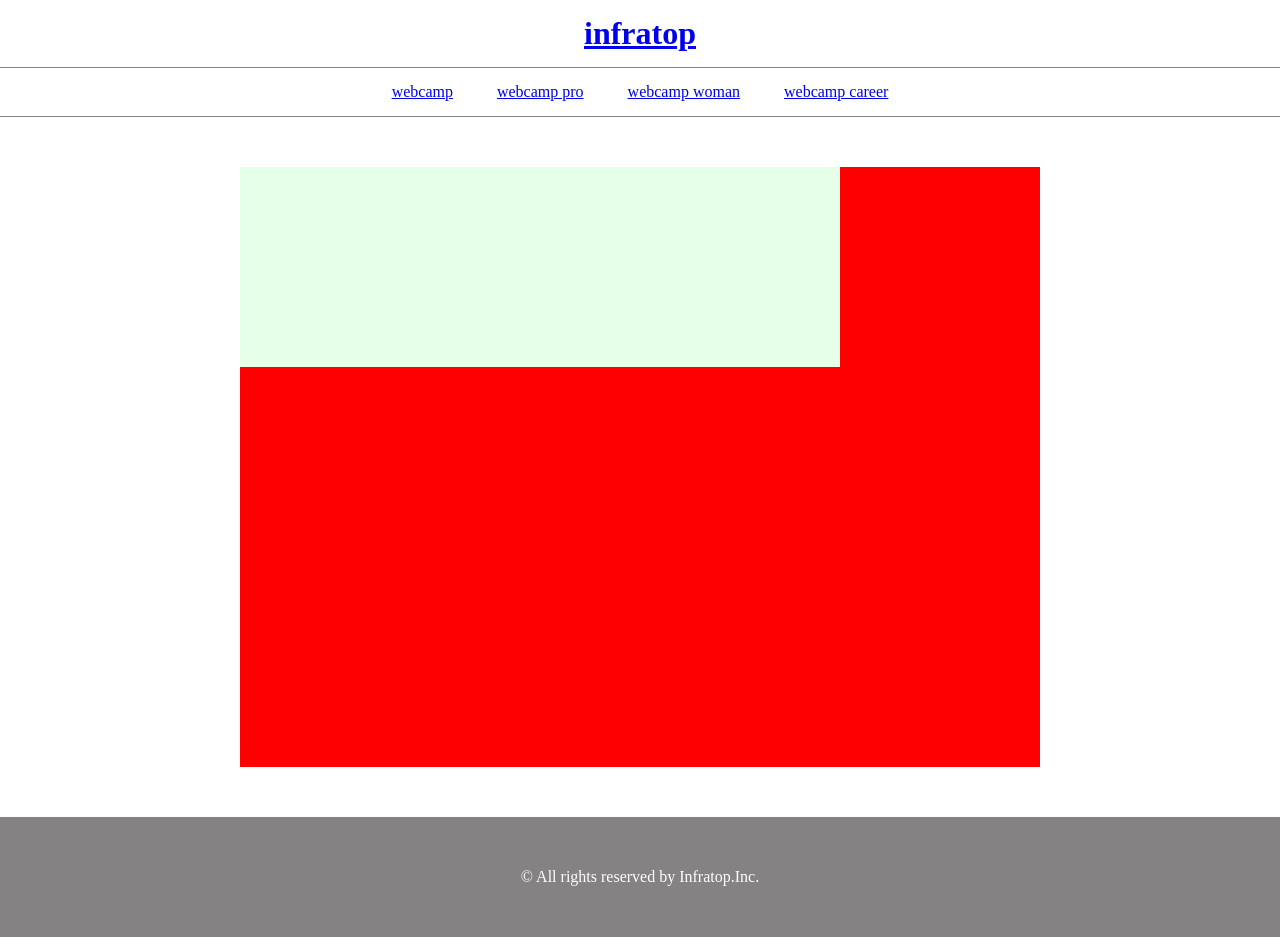
Repository: Nao002/practice
Page: html-practice5/index.html
The author's editor kept a record of every edit. The page is drawn from the files as they stood at one moment, then again after the next edit.
The browser window is 1280 px wide. The pictures show the whole page.

Above is the page before.

### html-practice5/index.html
<!DOCTYPE html>
<html lang="ja">
  <head>
    <meta charset="UTF-8" />
    <!-- CSSファイルの読み込み -->
    <link rel="stylesheet" href="style.css" />
    <title>infratop</title>
  </head>

  <body>
    <!-- header -->
    <header>
      <h1 class="heading">
        <a href="index.html">
          infratop
        </a>
      </h1>
    </header>

     <!-- navigation -->
    <nav>
      <ul class="nav-list">
        <li class="nav-list-item">
          <a href="index.html">webcamp</a>
        </li>
        <li class="nav-list-item">
          <a href="index.html">webcamp pro</a>
        </li>
        <li class="nav-list-item">
          <a href="index.html">webcamp woman</a>
        </li>
        </li>
        <li class="nav-list-item">
          <a href="index.html">webcamp career</a>
        </li>
      </ul>
    </nav>

    <!-- main-visual用のdiv -->
    <div class="main-visual">
      <div class="main-visual-content">
        <div class="main-visual-color color1"></div>
        <div class="main-visual-color color2"></div>
        <div class="main-visual-color color3"></div>
        <div class="main-visual-color color4"></div>
        <div class="main-visual-color color5"></div>
        <div class="main-visual-color color6"></div>
        <div class="main-visual-color color7"></div>
        <div class="main-visual-color color8"></div>
        <div class="main-visual-color color9"></div>
        <div class="main-visual-color color10"></div>
        <div class="main-visual-color color12"></div>
        <div class="main-visual-color color12"></div>
      </div>
    </div>

    <!-- footer -->
    <footer>
      <p class="footer-text">© All rights reserved by Infratop.Inc.</p>
    </footer>

  </body>
</html>

### html-practice5/style.css
/* ブラウザがそれぞれ持っているCSSをリセットするための記述 */
* {
  margin: 0;
  padding: 0;
  box-sizing: border-box;
}

header {
  width: 90%;
  padding: 15px 0;
  margin: 0 auto;
  text-align: center;
}

header .heading { /* headerタグ内のheadingクラスにのみ反映される */
  font-size: 32px;
}

.nav-list {
  text-align: center;
  padding: 15px 0;
  margin: 0 auto;
  border-top: 1px solid #848282;
  border-bottom: 1px solid #848282;
}

.nav-list-item {
  list-style: none;
  display: inline-block;
  margin: 0 20px;
}

.main-visual {
  width: 100%; /* 横幅いっぱい */
  height: 650px; /* 高さ300px */
}

.main-visual-content {
  width: 800px; /* 横幅350px */
  height: 300px; /* 親の高さに揃える */
  flex-wrap: wrap;
  margin: 50px auto;
  font-size: 0;
}

.main-visual-color{
  display: inline-block;
  width: 200px;
  height: 200px;
  background-color: #FF0000;
  font-size: 0;
}

.color1{
  background-color: #e6ffe9
}

.color2{
  background-color: #e6ffe9
}

.color3{
  background-color: #e6ffe9
}

.color1{
  background-color: #e6ffe9
}

.color1{
  background-color: #e6ffe9
}

.color1{
  background-color: #e6ffe9
}
.color1{
  background-color: #e6ffe9
}

.color1{
  background-color: #e6ffe9
}

.color1{
  background-color: #e6ffe9
}

.color1{
  background-color: #e6ffe9
}


footer {
  width: 100%;
  height: 120px;
  text-align: center;
  line-height: 120px;
  background-color: #848282;
}

.footer-text {
  color: #fff;
}

After the next edit:
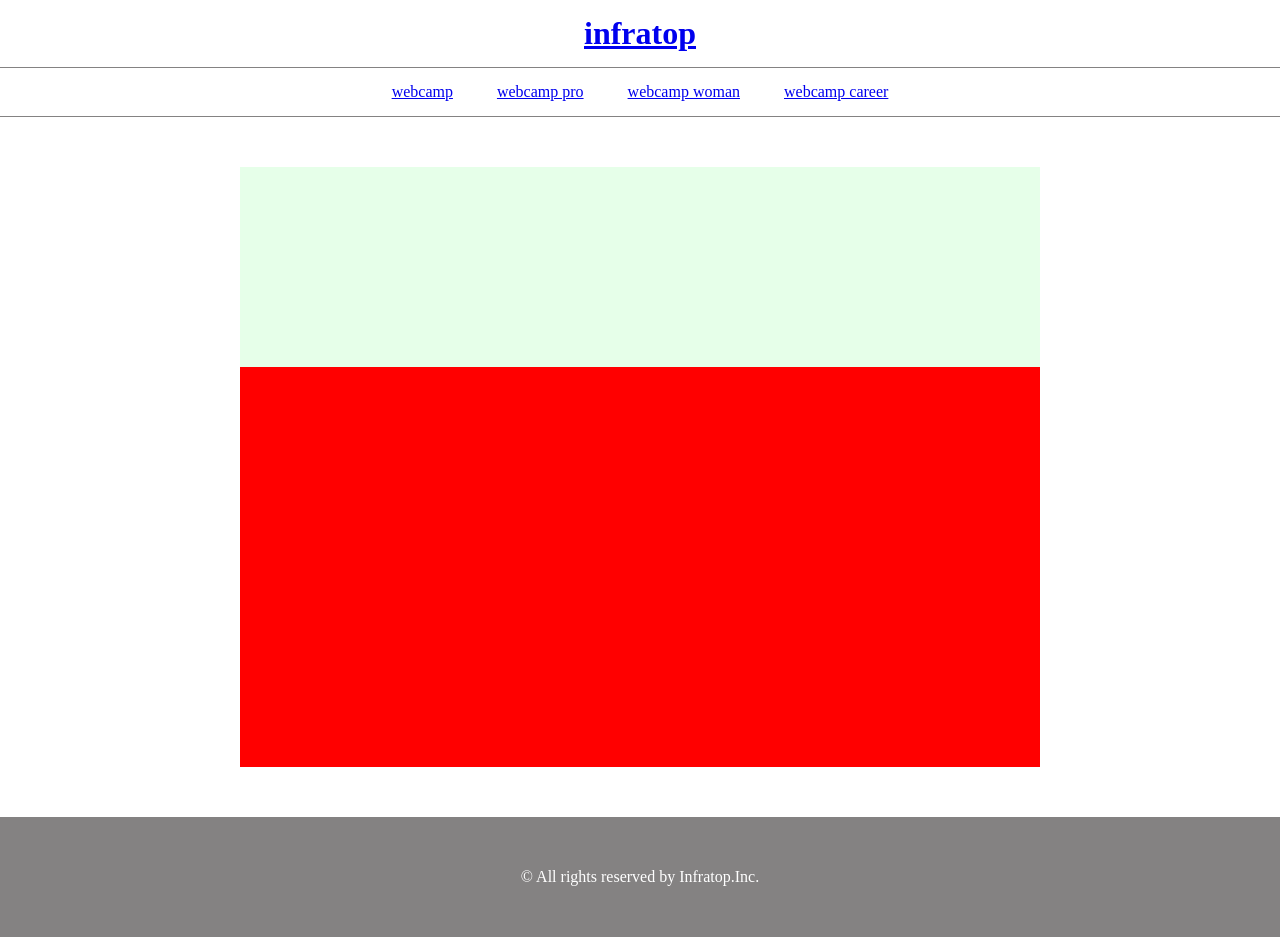
The edit:
--- a/html-practice5/style.css
+++ b/html-practice5/style.css
@@ -63,7 +63,7 @@
   background-color: #e6ffe9
 }
 
-.color1{
+.color4{
   background-color: #e6ffe9
 }
 
